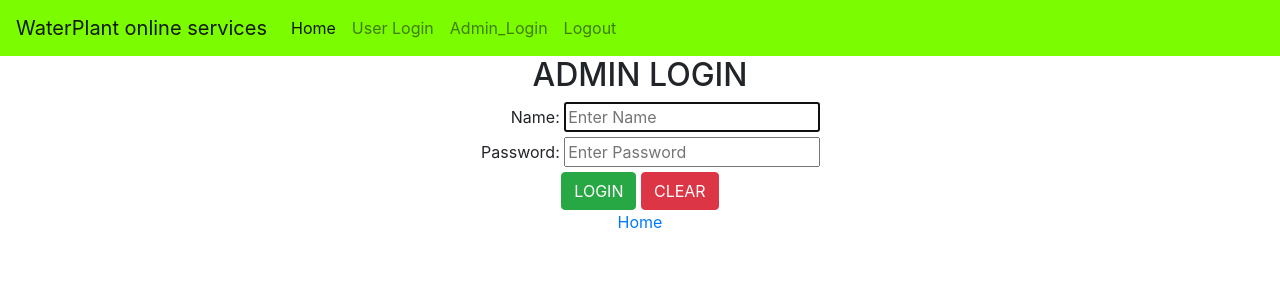
Repository: SHARMILAG97/WebApplication
Page: http://localhost/waterplant_web/adminlogin.jsp
The author's editor kept a copy of each file at every save. The page is drawn from the files as they stood at one save, then again after the next save.
The browser window is 1280 px wide. The pictures show the whole page.
The page is served by Tomcat 9.

Above is the page before, as saved 2019-09-18 09:23:37.
Console error: TypeError: Cannot read properties of undefined (reading 'fn')

After the next save:
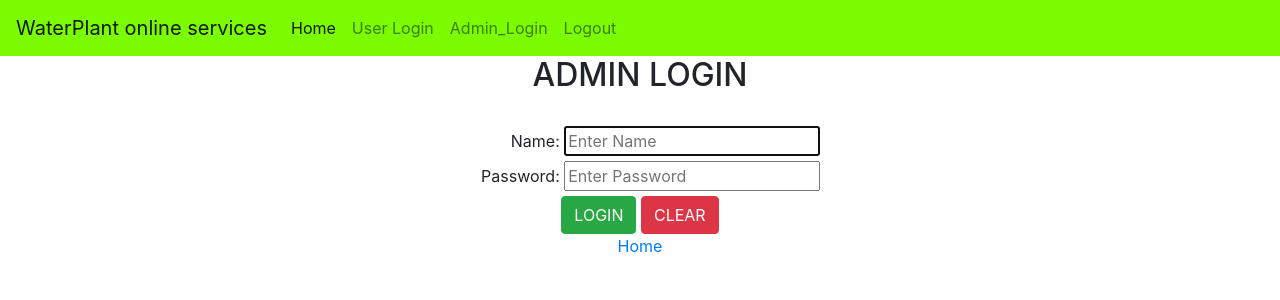
Saved 10 min 48 s later.
--- a/waterplant_web/src/main/webapp/adminlogin.jsp
+++ b/waterplant_web/src/main/webapp/adminlogin.jsp
@@ -21,7 +21,7 @@
 </head>
 <body style="text-align:center">
 <jsp:include page="headers.jsp"></jsp:include>
-<h2>ADMIN LOGIN</h2>
+<h2>ADMIN LOGIN</h2></br>
 
 <script type="text/javascript">
        function status() {
